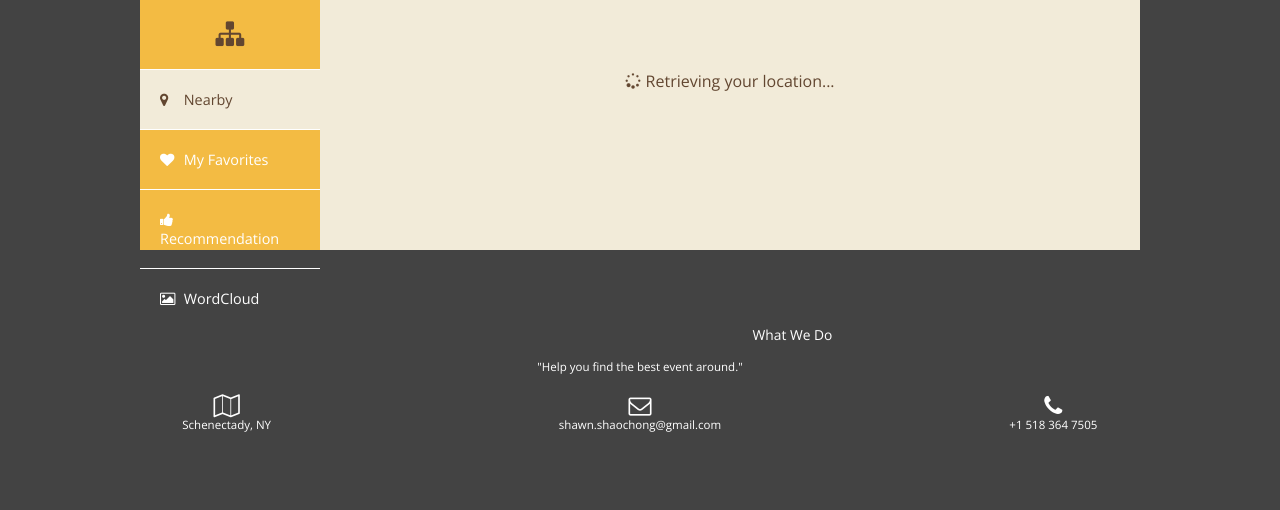
Repository: shawn-shaochong/518selfproject
Page: http://localhost/Jupiter/
An editor plug-in stored every save of this project. The page is shown before and after the next save, followed by the edit.
The browser window is 1280 px wide. The pictures show the part of the page from y = 310 to 920 px (the page is 820 px tall before and 920 px after).
Some web libraries are served in a nearby version. The page is served by Tomcat 9. Other server files are loaded and not shown.

Above is the page before, as saved 2019-05-10 04:16:26.

### workplace/Jupiter/WebContent/index.html
<!DOCTYPE html>
<html>
<head>
  <meta charset="UTF-8">
  <meta name="description" content="Item Recommendation">
  <meta name="author" content="Your Name">
  <title>Event Recommendation Final</title>
  <link href='https://fonts.googleapis.com/css?family=Open+Sans:400,300,700' rel='stylesheet' type='text/css'>
  <link rel="stylesheet" href="https://maxcdn.bootstrapcdn.com/font-awesome/4.5.0/css/font-awesome.min.css">
  <link rel="stylesheet" href="styles/main.css">
</head>
<body>
  <header class="top-header">
    <nav class="top-nav">
      <a href="#">Home</a>
      <a href="#">Contact</a>
      <a href="#">About</a>
    </nav>
    <span id="welcome-msg"></span>
    <i id="avatar" class="avatar fa fa-user fa-2x"></i>
  </header>

  <div class="container">
    <header>
      <p>
        <span>Event</span>
        <br /> Recommendation
      </p>
    </header>

    <section class="main-section">
      <aside id="item-nav">
        <div class="nav-icon">
          <i class="fa fa-sitemap fa-2x"></i>
        </div>
        <nav class="main-nav">
          <a href="#" id="nearby-btn" class="main-nav-btn active">
            <i class="fa fa-map-marker"></i> Nearby
          </a>
          <a href="#" id="fav-btn" class="main-nav-btn">
            <i class="fa fa-heart"></i> My Favorites
          </a>
          <a href="#" id="recommend-btn" class="main-nav-btn">
            <i class="fa fa-thumbs-up"></i> Recommendation
          </a>
          <a href="#" id="wordcloud-btn" class="main-nav-btn">
            <i class="fa fa-photo"></i> WordCloud
          </a>
        </nav>
      </aside>

      <ul id="item-list">
        <li class="item">
          <img alt="item image" src="https://d2j8c2rj2f9b78.cloudfront.net/uploads/hero-images/The-Avett-Brothers-Concert-Bojangles.jpg" />
          <div>
            <a class="item-name" href="#">Events and Festivals</a>
            <p class="item-category">EDC Concert</p>
            <div class="stars">
              <i class="fa fa-star"></i>
              <i class="fa fa-star"></i>
              <i class="fa fa-star"></i>
            </div>
          </div>
          <p class="item-address">699 Calderon Ave<br/>Mountain View<br/> CA</p>
          <div class="fav-link">
            <i class="fa fa-heart"></i>
          </div>
        </li>
      </ul>
    </section>
  </div>

  <footer>
    <p class="title">What We Do</p>
    <p>"Help you find the best event around."</p>
    <ul>
      <li>
        <p><i class="fa fa-map-o fa-2x"></i></p>
        <p>Schenectady, NY</p>
      </li>
      <li>
        <p><i class="fa fa-envelope-o fa-2x"></i></p>
        <p>shawn.shaochong@gmail.com</p>
      </li>
      <li>
        <p><i class="fa fa-phone fa-2x"></i></p>
        <p>+1 518 364 7505</p>
      </li>
    </ul>
  </footer>

  <script src="https://rawgit.com/emn178/js-md5/master/build/md5.min.js"></script>
  <script src="scripts/main.js"></script>
</body>
</html>

### workplace/Jupiter/WebContent/styles/main.css
* {
	box-sizing: border-box;
	margin: 0;
	padding: 0;
}

body {
	background: #434343;
	color: #FFFFFF;
	font-family: 'Open Sans', sans-serif;
	font-weight: 300;
	font-size: 0.9em;
}

ul {
	list-style: none;
}

/**
 * top header
 */
.top-header {
	align-items: center;
	background: #DF574B;
	box-shadow: 0px 2px 10px #333333;
	display: flex;
	height: 60px;
	position: fixed;
	top: 0;
	width: 100%;
	z-index: 1;
}

.avatar {
	background: #FFFFFF;
	border-radius: 50%;
	color: #333C4D;
	height: 40px;
	margin-right: 20px;
	padding-left: 9px;
	padding-top: 5px;
	width: 40px;
}

/**
 * top navigation
 */
.top-nav {
	flex: 1;
}

.top-nav a {
	color: #F9F9F9;
	font-weight: 400;
	margin-left: 20px;
	text-decoration: none;
}

#welcome-msg {
	border-right: 1px solid #FFFFFF;
	padding-right: 10px;
}

/**
 * main container
 */
.container {
	margin: 60px auto;
	max-width: 1000px;
	min-width: 600px;
}

/**
 * main header
 */
.container>header {
	align-items: center;
/* 	https://www.mch-group.com/-/media/mch-group/Images/Content/News/Blog/2017/2017-04/mch-group-live-marketing-aktivierung.jpg
 */	background:
		url('https://www.mch-group.com/-/media/mch-group/Images/Content/News/Blog/2017/2017-04/mch-group-live-marketing-aktivierung.jpg')
		no-repeat 50% 50%;
	background-size: 100%;
	display: flex;
	height: 250px;
}

.container>header p {
	border-left: 1px solid #FFFFFF;
	font-weight: 400;
	font-size: 2em;
	line-height: 1em;
	margin-left: 220px;
	padding-left: 5px;
}

.container>header span {
	color: #FBAF41;
}

/**
 * main section
 */
.main-section {
	background: #F3BB43;
}

/**
 * aside
 */
#item-nav {
	float: left;
	width: 180px;
}

.nav-icon {
	color: #624630;
	padding: 20px;
	text-align: center;
}

/**
 * main navigation
 */
.main-nav-btn {
	background: none;
	border-top: 1px solid #FFFFFF;
	color: #FFFFFF;
	display: block;
	padding: 20px;
	text-align: left;
	text-decoration: none;
}

.main-nav-btn:hover {
	background: rgba(255, 255, 255, 0.8);
	color: #624630;
}

.main-nav-btn.active {
	background: #F2EBD9;
	color: #624630;
}

.main-nav-btn i {
	width: 20px;
}

/**
 * item list
 */
#item-list {
	background: #F2EBD9;
	color: #624630;
	list-style: none;
	margin-left: 180px;
	min-height: 250px;
	padding: 10px;
}

#item-list .notice {
	font-size: 16px;
	padding: 60px;
	text-align: center;
}

/**
 * item
 */
.item {
	align-items: center;
	border-bottom: 1px solid #FFFFFF;
	display: flex;
	margin: 10px;
	padding: 15px;
	transition: background-color 100ms linear;
}

.item:last-child {
	border: none;
}

.item:hover {
	background: rgba(255, 255, 255, 0.8);
	transition: background-color 100ms linear;
}

.item img {
	border: 1px solid #FFFFFF;
	height: 80px;
	width: 80px;
}

.item>div:first-of-type {
	flex: 1;
	margin-left: 10px;
	margin-right: 10px;
}

.item-name {
	color: #624630;
	font-weight: 400;
	text-decoration: none;
}

.item-name:hover {
	text-decoration: underline;
}

.item-address {
	line-height: 20px;
	padding-right: 20px;
	text-align: right;
}

.stars {
	align-items: center;
	display: flex;
	padding-top: 10px;
}

.fav-link {
	border-left: 1px solid #FFFFFF;
	cursor: pointer;
	line-height: 60px;
	text-align: center;
	width: 60px;
}

.fav-link:hover {
	color: #F13F3F;
}

/**
 * footer section
 */
footer {
	background: #434343;
	font-size: 0.8em;
	height: 200px;
	position: relative;
}

footer p {
	text-align: center;
}

footer p.title {
	font-size: 1.2em;
	padding: 15px;
}

footer ul {
	align-items: center;
	display: flex;
	padding: 20px;
}

footer ul li {
	flex: 1;
}

### workplace/Jupiter/WebContent/scripts/main.js
(function() {

    /**
     * Variables
     */
    var user_id = '1111';
    var user_fullname = 'John';
    var lng = -122.08;
    var lat = 37.38;

    /**
     * Initialize
     */
    function init() {
        // Register event listeners
        $('nearby-btn').addEventListener('click', loadNearbyItems);
        $('fav-btn').addEventListener('click', loadFavoriteItems);
        $('recommend-btn').addEventListener('click', loadRecommendedItems);
        $('wordcloud-btn').addEventListener('click', loadWordCloud);

        var welcomeMsg = $('welcome-msg');
        welcomeMsg.innerHTML = 'Welcome, ' + user_fullname;
        initGeoLocation();
    }

    function initGeoLocation() {
        if (navigator.geolocation) {
            navigator.geolocation.getCurrentPosition(onPositionUpdated,
                onLoadPositionFailed, {
                    maximumAge: 60000
                });
            showLoadingMessage('Retrieving your location...');
        } else {
            onLoadPositionFailed();
        }
    }

    function onPositionUpdated(position) {
        lat = position.coords.latitude;
        lng = position.coords.longitude;

        loadNearbyItems();
    }

    function onLoadPositionFailed() {
        console.warn('navigator.geolocation is not available');
        getLocationFromIP();
    }

    function getLocationFromIP() {
        // Get location from http://ipinfo.io/json
        var url = 'http://ipinfo.io/json'
        var req = null;
        ajax('GET', url, req, function(res) {
            var result = JSON.parse(res);
            if ('loc' in result) {
                var loc = result.loc.split(',');
                lat = loc[0];
                lng = loc[1];
            } else {
                console.warn('Getting location by IP failed.');
            }
            loadNearbyItems();
        });
    }

    // -----------------------------------
    // Helper Functions
    // -----------------------------------

    /**
     * A helper function that makes a navigation button active
     *
     * @param btnId -
     *            The id of the navigation button
     */
    function activeBtn(btnId) {
        var btns = document.getElementsByClassName('main-nav-btn');

        // deactivate all navigation buttons
        for (var i = 0; i < btns.length; i++) {
            btns[i].className = btns[i].className.replace(/\bactive\b/, '');
        }

        // active the one that has id = btnId
        var btn = $(btnId);
        btn.className += ' active';
    }

    function showLoadingMessage(msg) {
        var itemList = $('item-list');
        itemList.innerHTML = '<p class="notice"><i class="fa fa-spinner fa-spin"></i> ' +
            msg + '</p>';
    }

    function showWarningMessage(msg) {
        var itemList = $('item-list');
        itemList.innerHTML = '<p class="notice"><i class="fa fa-exclamation-triangle"></i> ' +
            msg + '</p>';
    }

    function showErrorMessage(msg) {
        var itemList = $('item-list');
        itemList.innerHTML = '<p class="notice"><i class="fa fa-exclamation-circle"></i> ' +
            msg + '</p>';
    }

    /**
     * A helper function that creates a DOM element <tag options...>
     *
     * @param tag
     * @param options
     * @returns
     */
    function $(tag, options) {
        if (!options) {
            return document.getElementById(tag);
        }

        var element = document.createElement(tag);

        for (var option in options) {
            if (options.hasOwnProperty(option)) {
                element[option] = options[option];
            }
        }

        return element;
    }

    function hideElement(element) {
        element.style.display = 'none';
    }

    function showElement(element, style) {
        var displayStyle = style ? style : 'block';
        element.style.display = displayStyle;
    }

    /**
     * AJAX helper
     *
     * @param method -
     *            GET|POST|PUT|DELETE
     * @param url -
     *            API end point
     * @param callback -
     *            This the successful callback
     * @param errorHandler -
     *            This is the failed callback
     */
    function ajax(method, url, data, callback, errorHandler) {
        var xhr = new XMLHttpRequest();

        xhr.open(method, url, true);

        xhr.onload = function() {
        	if (xhr.status === 200) {
        		callback(xhr.responseText);
        	} else {
        		errorHandler();
        	}
        };

        xhr.onerror = function() {
            console.error("The request couldn't be completed.");
            errorHandler();
        };

        if (data === null) {
            xhr.send();
        } else {
            xhr.setRequestHeader("Content-Type",
                "application/json;charset=utf-8");
            xhr.send(data);
        }
    }

    // -------------------------------------
    // AJAX call server-side APIs
    // -------------------------------------

    /**
     * API #1 Load the nearby items API end point: [GET]
     * /Dashi/search?user_id=1111&lat=37.38&lon=-122.08
     */
    function loadNearbyItems() {
        console.log('loadNearbyItems');
        activeBtn('nearby-btn');

        // The request parameters
        var url = './search';
        var params = 'user_id=' + user_id + '&lat=' + lat + '&lon=' + lng;
        var req = JSON.stringify({});

        // display loading message
        showLoadingMessage('Loading nearby items...');

        // make AJAX call
        ajax('GET', url + '?' + params, req,
            // successful callback
            function(res) {
                var items = JSON.parse(res);
                if (!items || items.length === 0) {
                    showWarningMessage('No nearby item.');
                } else {
                    listItems(items);
                }
            },
            // failed callback
            function() {
                showErrorMessage('Cannot load nearby items.');
            });
    }

    /**
     * API #2 Load favorite (or visited) items API end point: [GET]
     * /Dashi/history?user_id=1111
     */
    function loadFavoriteItems() {
        activeBtn('fav-btn');

        // The request parameters
        var url = './history';
        var params = 'user_id=' + user_id;
        var req = JSON.stringify({});

        // display loading message
        showLoadingMessage('Loading favorite items...');

        // make AJAX call
        ajax('GET', url + '?' + params, req, function(res) {
            var items = JSON.parse(res);
            if (!items || items.length === 0) {
                showWarningMessage('No favorite item.');
            } else {
                listItems(items);
            }
        }, function() {
            showErrorMessage('Cannot load favorite items.');
        });
    }

    /**
     * API #3 Load recommended items API end point: [GET]
     * /Dashi/recommendation?user_id=1111
     */
    function loadRecommendedItems() {
        activeBtn('recommend-btn');

        // The request parameters
        var url = './recommendation';
        var params = 'user_id=' + user_id + '&lat=' + lat + '&lon=' + lng;

        var req = JSON.stringify({});

        // display loading message
        showLoadingMessage('Loading recommended items...');

        // make AJAX call
        ajax(
            'GET',
            url + '?' + params,
            req,
            // successful callback
            function(res) {
                var items = JSON.parse(res);
                if (!items || items.length === 0) {
                    showWarningMessage('No recommended item. Make sure you have favorites.');
                } else {
                    listItems(items);
                }
            },
            // failed callback
            function() {
                showErrorMessage('Cannot load recommended items.');
            });
    }

    //Customized function for generating a personal wordcloud based on favorite
    function loadWordCloud() {
        activeBtn('wordcloud-btn');

        // The request parameters
        var url = './wordcloud';
        var params = 'user_id=' + user_id + '&lat=' + lat + '&lon=' + lng;

        var req = JSON.stringify({});

        // display loading message
        showLoadingMessage('Loading your personal wordcloud ...');

        // make AJAX call
        ajax(
            'GET',
            url + '?' + params,
            req,
            // successful callback
            function(res) {
                var items = JSON.parse(res);
                if (!items || items.length === 0) {
                    showWarningMessage('No wordcloud is generated. Make sure you have favorites.');
                } else {
                    listItems(items);
                }
            },
            // failed callback
            function() {
                showErrorMessage('Cannot load your wordcloud.');
            });
    }


    /**
     * API #4 Toggle favorite (or visited) items
     *
     * @param item_id -
     *            The item business id
     *
     * API end point: [POST]/[DELETE] /Dashi/history request json data: {
     * user_id: 1111, visited: [a_list_of_business_ids] }
     */
    function changeFavoriteItem(item_id) {
        // Check whether this item has been visited or not
        var li = $('item-' + item_id);
        var favIcon = $('fav-icon-' + item_id);
        var favorite = li.dataset.favorite !== 'true';

        // The request parameters
        var url = './history';
        var req = JSON.stringify({
            user_id: user_id,
            favorite: [item_id]
        });
        var method = favorite ? 'POST' : 'DELETE';

        ajax(method, url, req,
            // successful callback
            function(res) {
                var result = JSON.parse(res);
                if (result.result === 'SUCCESS') {
                    li.dataset.favorite = favorite;
                    favIcon.className = favorite ? 'fa fa-heart' : 'fa fa-heart-o';
                }
            });
    }

    // -------------------------------------
    // Create item list
    // -------------------------------------

    /**
     * List items
     *
     * @param items -
     *            An array of item JSON objects
     */
    function listItems(items) {
        // Clear the current results
        var itemList = $('item-list');
        itemList.innerHTML = '';

        for (var i = 0; i < items.length; i++) {
            addItem(itemList, items[i]);
        }
    }

    /**
     * Add item to the list
     *
     * @param itemList -
     *            The
     *            <ul id="item-list">
     *            tag
     * @param item -
     *            The item data (JSON object)
     */
    function addItem(itemList, item) {
        var item_id = item.item_id;

        // create the <li> tag and specify the id and class attributes
        var li = $('li', {
            id: 'item-' + item_id,
            className: 'item'
        });

        // set the data attribute
        li.dataset.item_id = item_id;
        li.dataset.favorite = item.favorite;

        // item image
        if (item.image_url) {
            li.appendChild($('img', {
                src: item.image_url
            }));
        } else {
            li.appendChild($(
                'img', {
                    src: 'https://assets-cdn.github.com/images/modules/logos_page/GitHub-Mark.png'
                }))
        }
        // section
        var section = $('div', {});

        // title
        var title = $('a', {
            href: item.url,
            target: '_blank',
            className: 'item-name'
        });
        title.innerHTML = item.name;
        section.appendChild(title);

        // category
        var category = $('p', {
            className: 'item-category'
        });
        category.innerHTML = 'Category: ' + item.categories.join(', ');
        section.appendChild(category);

        // TODO(vincent). here we might have a problem showing 3.5 as 3.
        // stars
        var stars = $('div', {
            className: 'stars'
        });

        for (var i = 0; i < item.rating; i++) {
            var star = $('i', {
                className: 'fa fa-star'
            });
            stars.appendChild(star);
        }

        if (('' + item.rating).match(/\.5$/)) {
            stars.appendChild($('i', {
                className: 'fa fa-star-half-o'
            }));
        }

        section.appendChild(stars);

        li.appendChild(section);

        // address
        var address = $('p', {
            className: 'item-address'
        });

        address.innerHTML = item.address.replace(/,/g, '<br/>').replace(/\"/g,
            '');
        li.appendChild(address);

        // favorite link
        var favLink = $('p', {
            className: 'fav-link'
        });

        favLink.onclick = function() {
            changeFavoriteItem(item_id);
        };

        favLink.appendChild($('i', {
            id: 'fav-icon-' + item_id,
            className: item.favorite ? 'fa fa-heart' : 'fa fa-heart-o'
        }));

        li.appendChild(favLink);

        itemList.appendChild(li);
    }

    init();

})();

After the next save:
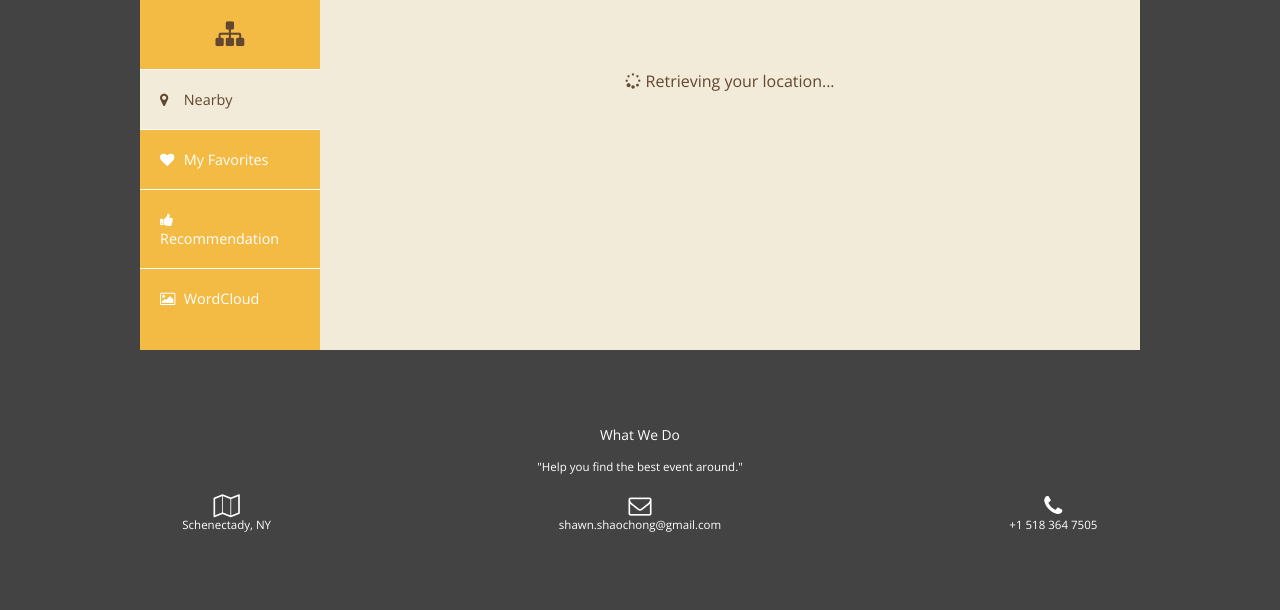
Saved 75 s later.
--- a/workplace/Jupiter/WebContent/styles/main.css
+++ b/workplace/Jupiter/WebContent/styles/main.css
@@ -153,7 +153,8 @@ ul {
 	color: #624630;
 	list-style: none;
 	margin-left: 180px;
-	min-height: 250px;
+	min-height: 350px;
+	/* original 250px */
 	padding: 10px;
 }
 
